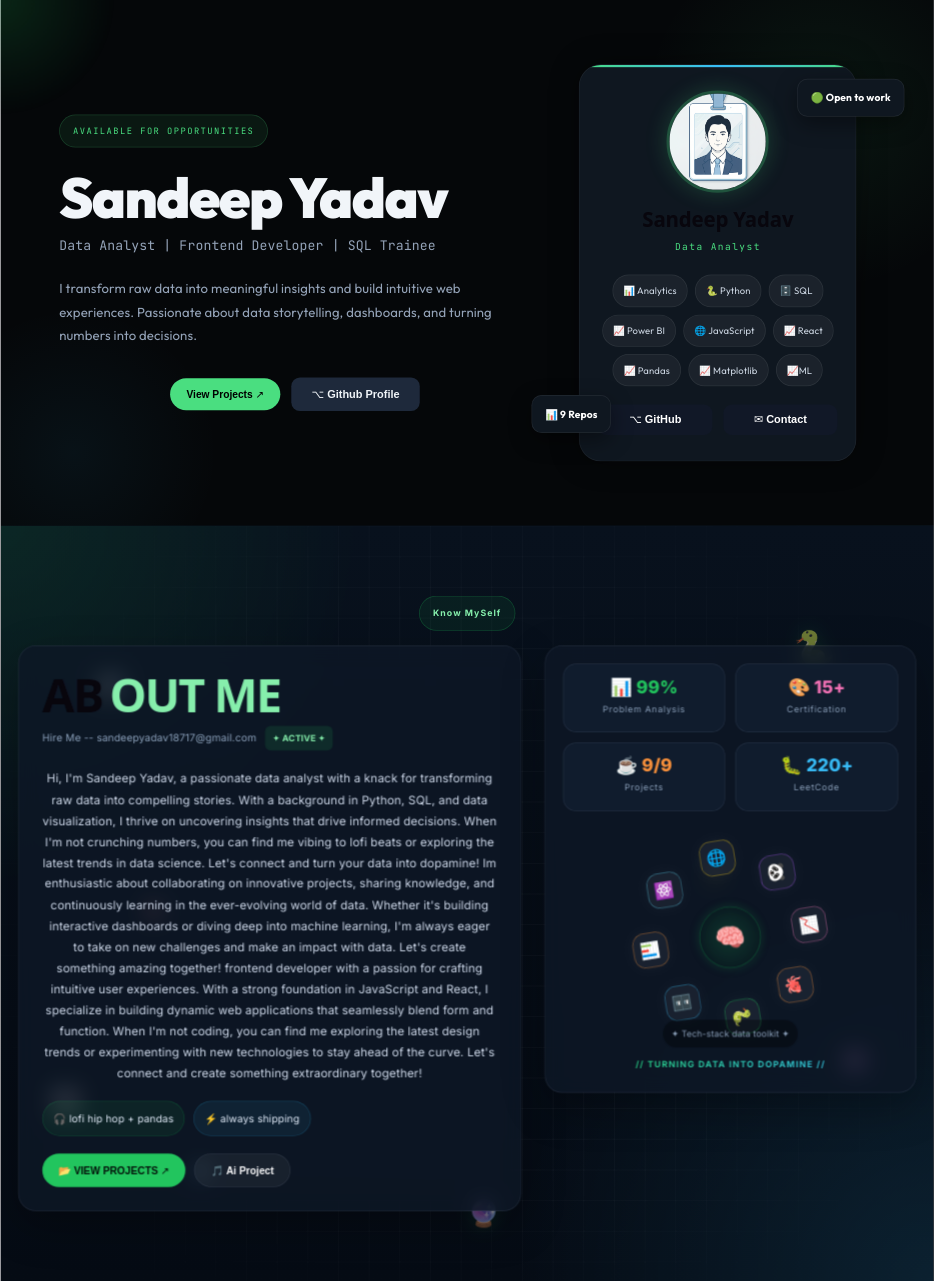
Repository: SandeepYadav18717/sandeepyadav
Page: / (app in Datanaltics_ portfolio/)
The author's editor kept a copy of each file at every save. The page is drawn from the files as they stood at one save, then again after the next save.
The browser window is 1280 px wide. The pictures show the whole page, at 73% of full size.
The project was rebuilt for these pictures with package versions that can differ from the ones it lists, and the page was loaded fresh each time. Also part of the build but not shown: Datanaltics_ portfolio/vite.config.js, Datanaltics_ portfolio/src/App.css.

Above is the page before, as saved 2026-05-23 08:37:00.

### Datanaltics_ portfolio/index.html
<!doctype html>
<html lang="en">
  <head>
    <meta charset="UTF-8" />
    <link rel="icon" type="image/svg+xml" href="/favicon.svg" />
    <meta name="viewport" content="width=device-width, initial-scale=1.0" />
    <title>javascript</title>
  </head>
  <body>
    <div id="root"></div>
    <script type="module" src="/src/main.jsx"></script>
  </body>
</html>

### Datanaltics_ portfolio/src/index.css
:root {
  --text: #6b6375;
  --text-h: #08060d;
  --bg: #fff;
  --border: #e5e4e7;
  --code-bg: #f4f3ec;
  --accent: #aa3bff;
  --accent-bg: rgba(170, 59, 255, 0.1);
  --accent-border: rgba(170, 59, 255, 0.5);
  --social-bg: rgba(244, 243, 236, 0.5);
  --shadow:
    rgba(0, 0, 0, 0.1) 0 10px 15px -3px, rgba(0, 0, 0, 0.05) 0 4px 6px -2px;

  --sans: system-ui, 'Segoe UI', Roboto, sans-serif;
  --heading: system-ui, 'Segoe UI', Roboto, sans-serif;
  --mono: ui-monospace, Consolas, monospace;

  font: 18px/145% var(--sans);
  letter-spacing: 0.18px;
  color-scheme: light dark;
  color: var(--text);
  background: var(--bg);
  font-synthesis: none;
  text-rendering: optimizeLegibility;
  -webkit-font-smoothing: antialiased;
  -moz-osx-font-smoothing: grayscale;

  @media (max-width: 1024px) {
    font-size: 16px;
  }
}

@media (prefers-color-scheme: dark) {
  :root {
    --text: #9ca3af;
    --text-h: #f3f4f6;
    --bg: #16171d;
    --border: #2e303a;
    --code-bg: #1f2028;
    --accent: #c084fc;
    --accent-bg: rgba(192, 132, 252, 0.15);
    --accent-border: rgba(192, 132, 252, 0.5);
    --social-bg: rgba(47, 48, 58, 0.5);
    --shadow:
      rgba(0, 0, 0, 0.4) 0 10px 15px -3px, rgba(0, 0, 0, 0.25) 0 4px 6px -2px;
  }

  #social .button-icon {
    filter: invert(1) brightness(2);
  }
}

body {
  margin: 0;
}

#root {
  width: 1126px;
  max-width: 100%;
  margin: 0 auto;
  text-align: center;
  border-inline: 1px solid var(--border);
  min-height: 100svh;
  display: flex;
  flex-direction: column;
  box-sizing: border-box;
}

h1,
h2 {
  font-family: var(--heading);
  font-weight: 500;
  color: var(--text-h);
}

h1 {
  font-size: 56px;
  letter-spacing: -1.68px;
  margin: 32px 0;
  @media (max-width: 1024px) {
    font-size: 36px;
    margin: 20px 0;
  }
}
h2 {
  font-size: 24px;
  line-height: 118%;
  letter-spacing: -0.24px;
  margin: 0 0 8px;
  @media (max-width: 1024px) {
    font-size: 20px;
  }
}
p {
  margin: 0;
}

code,
.counter {
  font-family: var(--mono);
  display: inline-flex;
  border-radius: 4px;
  color: var(--text-h);
}

code {
  font-size: 15px;
  line-height: 135%;
  padding: 4px 8px;
  background: var(--code-bg);
}

### Datanaltics_ portfolio/src/App.jsx
import { useState } from 'react'

// import heroImg from './assets/hero.png'
import './App.css'
import Button from './Components/button'
import Main_Page from './pages/Main.jsx'
import About from './pages/About.jsx'
function App() {
  const [count, setCount] = useState(0)

  return (
    <>
    <Main_Page />
    <About />
     </>
  )}
export default App

### Datanaltics_ portfolio/src/Components/button.jsx
function Button({id, text, onClick }) {
  return (
    <button id={id}onClick={onClick} className="btn">
      {text}
    </button>
  );
}
export default Button;

### Datanaltics_ portfolio/src/pages/Main.jsx
import Button from "../Components/button";
import "../Css/Main.css";
import photo from "../assets/image.png";

function Main_Page() {
  return (
    <div className="main-page">
      {/* LEFT SECTION */}
      <div className="left-section">
        <div id="Heading_1">Available for opportunities</div>

        <div id="Name">Sandeep Yadav</div>

        <div id="Heading_2">
          Data Analyst | Frontend Developer | SQL Trainee
        </div>

        <p id="Description">
          I transform raw data into meaningful insights and build intuitive web
          experiences. Passionate about data storytelling, dashboards, and
          turning numbers into decisions.
        </p>

        <Button
          text="View Projects ↗"
          onClick={() => window.open("https://github.com/SandeepYadav18717")}
        />
        <Button
          id="Github"
          text="⌥ Github Profile"
          onClick={() => window.open("https://github.com/SandeepYadav18717")}
        />
      </div>
      {/* RIGHT SECTION */}
      <div className="profile-wrapper">
        <div className="floating-badge badge-top">🟢 Open to work</div>

        {/* FLOATING BADGE 2 */}
        <div className="floating-badge badge-bottom">📊 9 Repos</div>

        {/* PROFILE CARD */}
        <div className="profile-card">
          {/* PROFILE IMAGE */}
          <img src={photo} alt="Profile" id="Photo" />

          {/* NAME */}
          <h2 className="profile-name">Sandeep Yadav</h2>

          {/* ROLE */}
          <p className="profile-role"></p>

          {/* SKILLS */}
          <div className="skill-tags">
            <span>📊 Analytics</span>

            <span>🐍 Python</span>

            <span>🗄️ SQL</span>

            <span>📈 Power BI</span>

            <span>🌐 JavaScript</span>
            <span>📈 React</span>
            <span>📈 Pandas</span>
            <span>📈 Matplotlib</span>
            <span>📈ML </span>
          </div>

          {/* BUTTONS */}
          <div className="profile-buttons">
            {/* GITHUB */}
            <button
              className="github-btn"
              onClick={() =>
                window.open("https://github.com/SandeepYadav18717")
              }
            >
              ⌥ GitHub
            </button>

            {/* CONTACT */}
            <button
              className="contact-btn"
              onClick={() => window.open("https://linkedin.com")}
            >
              ✉ Contact
            </button>
          </div>
        </div>
      </div>
    </div>
  );
}

export default Main_Page;

### Datanaltics_ portfolio/src/pages/About.jsx
import React, { useEffect, useState } from "react";
import "../Css/About.css";
const stats = [
  { label: "Problem Analysis", value: "📊 99%", color: "green" },
  { label: "Certification", value: "🎨 15+", color: "pink" },
  { label: "Projects", value: "☕ 9/9", color: "orange" },
  { label: "LeetCode", value: "🐛 220+", color: "blue" }
];

const techStack = [
  { name: "Python", icon: "🐍", color: "green" },
  { name: "SQL", icon: "🗄️", color: "blue" },
  { name: "Power BI", icon: "📊", color: "orange" },
  { name: "React", icon: "⚛️", color: "cyan" },
  { name: "JS/TS", icon: "🌐", color: "yellow" },
  { name: "Pandas", icon: "🐼", color: "purple" },
  { name: "Tableau", icon: "📈", color: "pink" },
  { name: "Git", icon: "🐙", color: "orange" }
];

const quotes = [
  "✨ turning chaos into insights ✨",
  "📈 data storyteller by heart 📈",
  "🎯 99.9% accuracy or bust 🎯",
  "🌀 live. laugh. analyze. 🌀",
  "🤖 python > everything 🤖"
];

const floatingElements = [
  { icon: "📊", left: "10%", top: "20%", delay: "0s", size: "2rem" },
  { icon: "🐍", left: "85%", top: "15%", delay: "0.5s", size: "2.5rem" },
  { icon: "⚛️", left: "90%", top: "70%", delay: "1s", size: "1.8rem" },
  { icon: "📈", left: "5%", top: "75%", delay: "0.3s", size: "2.2rem" },
  { icon: "🔮", left: "50%", top: "90%", delay: "0.8s", size: "2rem" },
  { icon: "💎", left: "20%", top: "85%", delay: "1.2s", size: "1.5rem" },
  { icon: "⚡", left: "75%", top: "45%", delay: "0.2s", size: "1.8rem" },
  { icon: "🎯", left: "15%", top: "50%", delay: "0.7s", size: "1.6rem" }
];

const About = () => {
  const [currentQuote, setCurrentQuote] = useState(0);
  const [glow, setGlow] = useState({ x: 0, y: 0 });

  useEffect(() => {
    const quoteInterval = setInterval(() => {
      setCurrentQuote((prev) => (prev + 1) % quotes.length);
    }, 3000);

    const handleMouseMove = (e) => {
      setGlow({ x: e.clientX, y: e.clientY });
    };

    window.addEventListener("mousemove", handleMouseMove);

    return () => {
      clearInterval(quoteInterval);
      window.removeEventListener("mousemove", handleMouseMove);
    };
  }, []);

  return (
    <section className="about-section">
      <div
        className="cursor-glow"
        style={{
          left: `${glow.x}px`,
          top: `${glow.y}px`
        }}
      />

      <div className="grid-bg" />

      {floatingElements.map((el, idx) => (
        <div
          key={idx}
          className="floating-icon"
          style={{
            left: el.left,
            top: el.top,
            fontSize: el.size,
            animationDelay: el.delay
          }}
        >
          {el.icon}
        </div>
      ))}

      <div className="about-container">
        <div className="badge-wrapper">
          <div className="section-badge">
           Know MySelf
          </div>
        </div>

        <div className="about-grid">
          <div className="about-card">
            <div className="name-block">
              <h2 className="name-title">
                <span className="glitch-text">AB</span>
                <span className="glitch-text accent">OUT ME</span>
              </h2>

              <div className="terminal-line">
                <span>Hire Me -- sandeepyadav18717@gmail.com</span>
                <span className="status-badge">✦ ACTIVE ✦</span>
              </div>
            </div>



            <p className="about-bio">
                Hi, I'm Sandeep Yadav, a passionate data analyst with a knack for transforming raw data into compelling stories. With a background in Python, SQL, and data visualization, I thrive on uncovering insights that drive informed decisions. When I'm not crunching numbers, you can find me vibing to lofi beats or exploring the latest trends in data science. Let's connect and turn your data into dopamine! Im enthusiastic about collaborating on innovative projects, sharing knowledge, and continuously learning in the ever-evolving world of data. Whether it's building interactive dashboards or diving deep into machine learning, I'm always eager to take on new challenges and make an impact with data. Let's create something amazing together! frontend developer with a passion for crafting intuitive user experiences. With a strong foundation in JavaScript and React, I specialize in building dynamic web applications that seamlessly blend form and function. When I'm not coding, you can find me exploring the latest design trends or experimenting with new technologies to stay ahead of the curve. Let's connect and create something extraordinary together!

            </p>

            <div className="highlights">
              <div className="highlight green">🎧 lofi hip hop + pandas</div>
              <div className="highlight blue">⚡ always shipping</div>
            </div>

            <div className="about-actions">
              <button className="btn btn-primary">📂 VIEW PROJECTS ↗</button>
              <button className="btn btn-secondary">🎵 Ai Project</button>
            </div>
          </div>

          <div className="about-side">
            <div className="stats-grid">
              {stats.map((stat, idx) => (
                <div key={idx} className={`stat-card ${stat.color}`}>
                  <div className="stat-value">{stat.value}</div>
                  <div className="stat-label">{stat.label}</div>
                </div>
              ))}
            </div>

            <div className="tech-orbit-container">
              <div className="tech-orbit">
                {techStack.map((tech, idx) => {
                  const angle = (idx / techStack.length) * 360;
                  const rad = (angle * Math.PI) / 180;
                  const radius = 110;
                  const x = Math.cos(rad) * radius;
                  const y = Math.sin(rad) * radius;

                  return (
                    <div
                      key={idx}
                      className={`tech-orb ${tech.color}`}
                      style={{
                        left: `calc(50% + ${x}px - 24px)`,
                        top: `calc(50% + ${y}px - 24px)`
                      }}
                      title={tech.name}
                    >
                      <span role="img" aria-label={tech.name}>
                        {tech.icon}
                      </span>
                    </div>
                  );
                })}
              </div>

              <div className="tech-core">🧠</div>
              <div className="tech-caption">✦ Tech-stack data toolkit ✦</div>
            </div>

            <div className="holo-line">// TURNING DATA INTO DOPAMINE //</div>
          </div>
        </div>


      </div>
    </section>
  );
};

export default About;

### Datanaltics_ portfolio/src/Css/Main.css
/* GOOGLE FONT */
@import url("https://fonts.googleapis.com/css2?family=Outfit:wght@300;400;500;700;900&family=JetBrains+Mono:wght@400;700&display=swap");

* {
    margin: 0;
    padding: 0;
    box-sizing: border-box;
}

html,
body,
#root {
    width: 100%;
    min-height: 100vh;
    overflow-x: hidden;
    background: #050709;
    color: #f1f5f9;
    font-family: "Outfit", sans-serif;
}

.main-page {
    min-height: 100vh;
    width: 100%;
    display: grid;
    grid-template-columns: 1.2fr 0.8fr;
    align-items: center;
    gap: 40px;
    padding: 80px;
    position: relative;
    overflow: hidden;
    background: #050709;
}

.main-page::before {
    content: "";
    position: absolute;
    width: 500px;
    height: 500px;
    top: -100px;
    right: -100px;
    border-radius: 50%;
    background: radial-gradient(circle,
            rgba(74, 222, 128, 0.08),
            transparent 70%);
    z-index: 0;
    pointer-events: none;
}

.main-page::after {
    content: "";
    position: absolute;
    width: 400px;
    height: 400px;
    bottom: -100px;
    left: -100px;
    border-radius: 50%;
    background: radial-gradient(circle,
            rgba(56, 189, 248, 0.06),
            transparent 70%);
    z-index: 0;
    pointer-events: none;
}

.main-page * {
    position: relative;
    z-index: 1;
}

.content-left {
    display: flex;
    flex-direction: column;
    justify-content: center;
    align-items: flex-start;
    text-align: left;
}

#Heading_1 {
    width: fit-content;
    background: rgba(74, 222, 128, 0.08);
    border: 1px solid rgba(74, 222, 128, 0.2);
    color: #4ade80;
    padding: 8px 18px;
    border-radius: 50px;
    font-size: 12px;
    font-family: "JetBrains Mono", monospace;
    letter-spacing: 2px;
    text-transform: uppercase;
    margin-bottom: 30px;
}

#Name {
    font-size: clamp(45px, 6vw, 90px);
    font-weight: 900;
    line-height: 1;
    letter-spacing: -2px;
    margin-bottom: 15px;
    word-break: break-word;
    text-align: left;
}

#Heading_2 {
    color: #94a3b8;
    font-size: 18px;
    font-family: "JetBrains Mono", monospace;
    margin-bottom: 30px;
    text-align: left;
}

#Description {
    max-width: 650px;
    color: #94a3b8;
    font-size: 18px;
    line-height: 1.8;
    margin-bottom: 40px;
    text-align: left;
}

.photo-container {
    display: flex;
    justify-content: center;
    align-items: center;
    width: 100%;
}

#Photo {
    width: 100%;
    max-width: 400px;
    height: auto;
    margin-left: 0%;
    aspect-ratio: 1/1;
    border-radius: 30px;
    object-fit: cover;
    box-shadow: 0 0 40px rgba(74, 222, 128, 0.2);
}

button {
    width: fit-content;
    background: #4ade80;
    color: black;
    border: none;
    border-radius: 12px;
    padding: 14px 28px;
    font-size: 15px;
    font-weight: 700;
    cursor: pointer;
    transition: 0.3s;
    margin-left: 0px;
}

button:hover {
    background: #86efac;
    transform: translateY(-3px);
    box-shadow: 0 10px 30px rgba(74, 222, 128, 0.3);
}

#Github {
    background: #1e293b;

    color: #f1f5f9;

    border: none;

    padding: 14px 28px;

    border-radius: 12px;
    font-size: 15px;

    font-weight: 700;

    cursor: pointer;

    transition: 0.3s;

    margin-left: 15px;
}

#Github:hover {
    background: #334155;

    transform: translateY(-3px);

    box-shadow: 0 10px 30px rgba(74, 222, 128, 0.2);
}

@media (max-width: 1024px) {
    .main-page {
        grid-template-columns: 1fr;
        gap: 40px;
        padding: 60px 40px;
    }

    .photo-container {
        justify-content: flex-start;
    }

    #Photo {
        max-width: 320px;
    }
}

@media (max-width: 768px) {
    .main-page {
        padding: 40px 20px;
    }

    #Name {
        font-size: 42px;
        letter-spacing: -1px;
    }

    #Heading_2 {
        font-size: 15px;
    }

    #Description {
        font-size: 16px;
    }

    button {
        width: 100%;
    }

    #Photo {
        max-width: 280px;
    }
}

/* WRAPPER */
.profile-wrapper {

    position: relative;

    display: flex;

    justify-content: center;

    align-items: center;
}

/* FLOATING BADGES */
.floating-badge {

    position: absolute;

    background: #0f1720;

    border: 1px solid rgba(255, 255, 255, 0.08);

    color: white;

    padding: 12px 18px;

    border-radius: 14px;

    font-size: 14px;

    font-weight: 600;

    box-shadow:
        0 10px 30px rgba(0, 0, 0, 0.4);

    z-index: 10;

    animation: float 3s ease-in-out infinite;
}

/* TOP BADGE */
.badge-top {

    top: 20px;

    right: -40px;
}

/* BOTTOM BADGE */
.badge-bottom {

    bottom: 30px;

    left: -40px;

    animation-delay: 1s;
}

/* FLOAT ANIMATION */
@keyframes float {

    0% {
        transform: translateY(0px);
    }

    50% {
        transform: translateY(-10px);
    }

    100% {
        transform: translateY(0px);
    }
}

/* PROFILE CARD */
.profile-card {

    width: 100%;

    max-width: 380px;

    background: #0f1720;

    border: 1px solid rgba(255, 255, 255, 0.06);

    border-radius: 30px;

    padding: 35px 25px;

    display: flex;

    flex-direction: column;

    align-items: center;

    justify-content: center;

    position: relative;

    overflow: hidden;

    box-shadow:
        0 0 40px rgba(0, 0, 0, 0.4);
}

/* TOP LINE */
.profile-card::before {

    content: "";

    position: absolute;

    top: 0;
    left: 0;

    width: 100%;
    height: 3px;

    background:
        linear-gradient(90deg,
            #4ade80,
            #38bdf8,
            #4ade80);
}

/* IMAGE */
#Photo {

    width: 140px;
    height: 140px;

    border-radius: 50%;

    object-fit: cover;

    border: 4px solid rgba(74, 222, 128, 0.3);

    margin-bottom: 20px;

    box-shadow:
        0 0 30px rgba(74, 222, 128, 0.2);
}

/* NAME */
.profile-name {

    font-size: 28px;

    font-weight: 800;

    margin-bottom: 8px;

}

/* ROLE */
.profile-role {

    color: #4ade80;

    font-size: 13px;

    font-family: 'JetBrains Mono', monospace;

    letter-spacing: 2px;

    margin-bottom: 25px;
}

.profile-role::after {
    content: "Data Analyst";

    animation: roles 6s infinite;

    color: #4ade80;
}

@keyframes roles {

    0% {
        content: "Machine learning";
    }

    33% {
        content: "Frontend Developer";
    }

    66% {
        content: "SQL Trainee";
    }

    100% {
        content: "Data Analyst";
    }
}

/* TAGS */
.skill-tags {

    display: flex;

    flex-wrap: wrap;

    justify-content: center;

    gap: 10px;

    margin-bottom: 25px;
}

/* SINGLE TAG */
.skill-tags span {

    background: rgba(255, 255, 255, 0.05);

    border: 1px solid rgba(255, 255, 255, 0.08);

    padding: 8px 14px;

    border-radius: 50px;

    font-size: 13px;

    color: #cbd5e1;
}

/* BUTTONS */
.profile-buttons {

    width: 100%;

    display: flex;

    gap: 15px;
}

/* GITHUB */
.github-btn {

    flex: 1;

    background: #111827;

    color: white;

    border: none;

    padding: 12px;

    border-radius: 12px;

    font-weight: 700;

    cursor: pointer;

    transition: 0.3s;
}

.github-btn:hover {

    background: #1f2937;

    transform: translateY(-3px);
}

/* CONTACT */
.contact-btn {

    flex: 1;

    background: #111827;

    color: white;

    border: none;

    padding: 12px;

    border-radius: 12px;

    font-weight: 700;

    cursor: pointer;

    transition: 0.3s;
}

.contact-btn:hover {

    background: #1f2937;

    transform: translateY(-3px);
}

/* MOBILE FIX */
@media(max-width:768px) {

    .profile-wrapper {

        margin-top: 30px;
    }

    .badge-top {

        top: -10px;

        right: 0;
    }

    .badge-bottom {

        bottom: -10px;

        left: 0;
    }

    .profile-card {

        max-width: 320px;
    }

    .profile-buttons {

        flex-direction: column;
    }
}

Loaded but not shown: Datanaltics_ portfolio/src/main.jsx (common file); Datanaltics_ portfolio/src/Css/About.css (467 lines, source omitted)

After the next save:
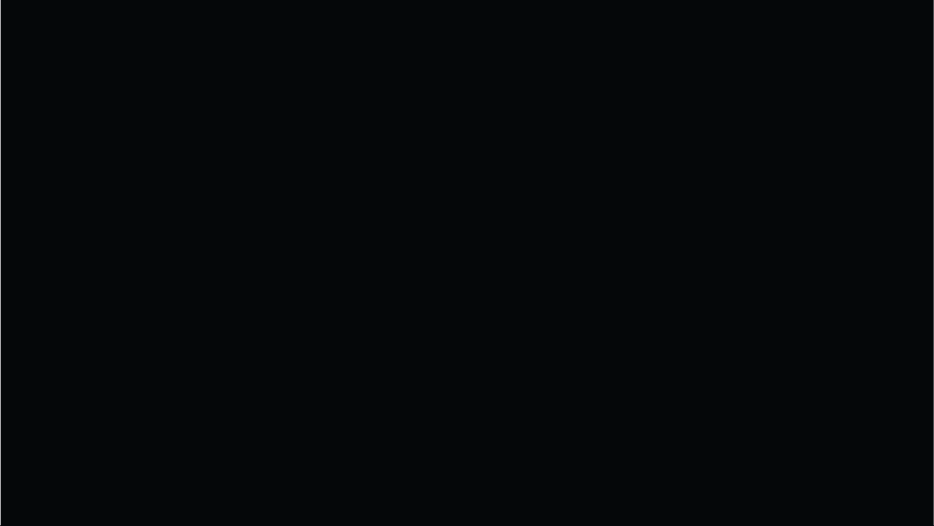
Console error: ReferenceError: quotes is not defined
Saved 43 min 42 s later.
--- a/Datanaltics_ portfolio/src/pages/About.jsx
+++ b/Datanaltics_ portfolio/src/pages/About.jsx
@@ -18,13 +18,7 @@
   { name: "Git", icon: "🐙", color: "orange" }
 ];
 
-const quotes = [
-  "✨ turning chaos into insights ✨",
-  "📈 data storyteller by heart 📈",
-  "🎯 99.9% accuracy or bust 🎯",
-  "🌀 live. laugh. analyze. 🌀",
-  "🤖 python > everything 🤖"
-];
+
 
 const floatingElements = [
   { icon: "📊", left: "10%", top: "20%", delay: "0s", size: "2rem" },

After the 5 saves that followed:
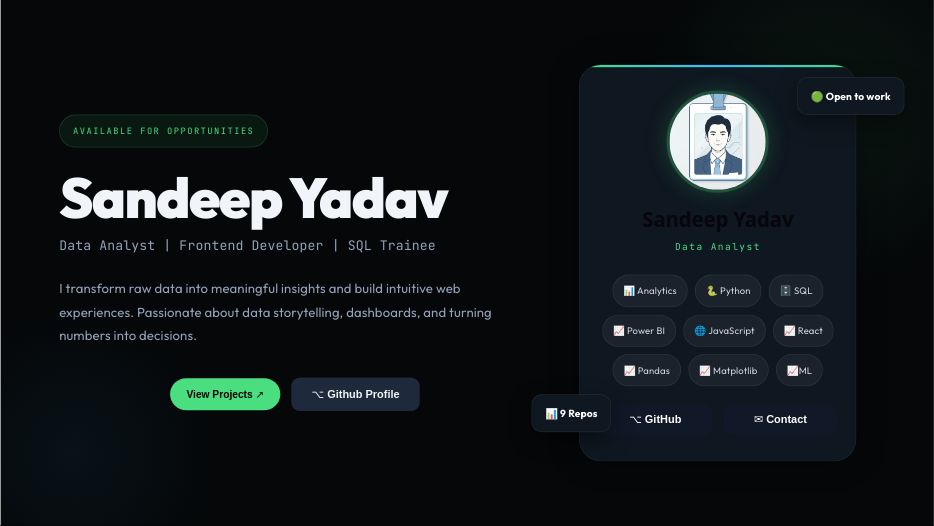
The error is gone.
The 5 saves are shown as one change because 3 did not build or start and some came seconds apart.
The last was saved 72 s later.
--- a/Datanaltics_ portfolio/src/pages/About.jsx
+++ b/Datanaltics_ portfolio/src/pages/About.jsx
@@ -35,10 +35,7 @@
   const [currentQuote, setCurrentQuote] = useState(0);
   const [glow, setGlow] = useState({ x: 0, y: 0 });
 
-  useEffect(() => {
-    const quoteInterval = setInterval(() => {
-      setCurrentQuote((prev) => (prev + 1) % quotes.length);
-    }, 3000);
+
 
     const handleMouseMove = (e) => {
       setGlow({ x: e.clientX, y: e.clientY });
@@ -50,7 +47,7 @@
       clearInterval(quoteInterval);
       window.removeEventListener("mousemove", handleMouseMove);
     };
-  }, []);
+
 
   return (
     <section className="about-section">
@@ -108,7 +105,7 @@
             </p>
 
             <div className="highlights">
-              <div className="highlight green">🎧 lofi hip hop + pandas</div>
+              <div className="highlight green">🎧 Did u want Resume?</div>
               <div className="highlight blue">⚡ always shipping</div>
             </div>
 
